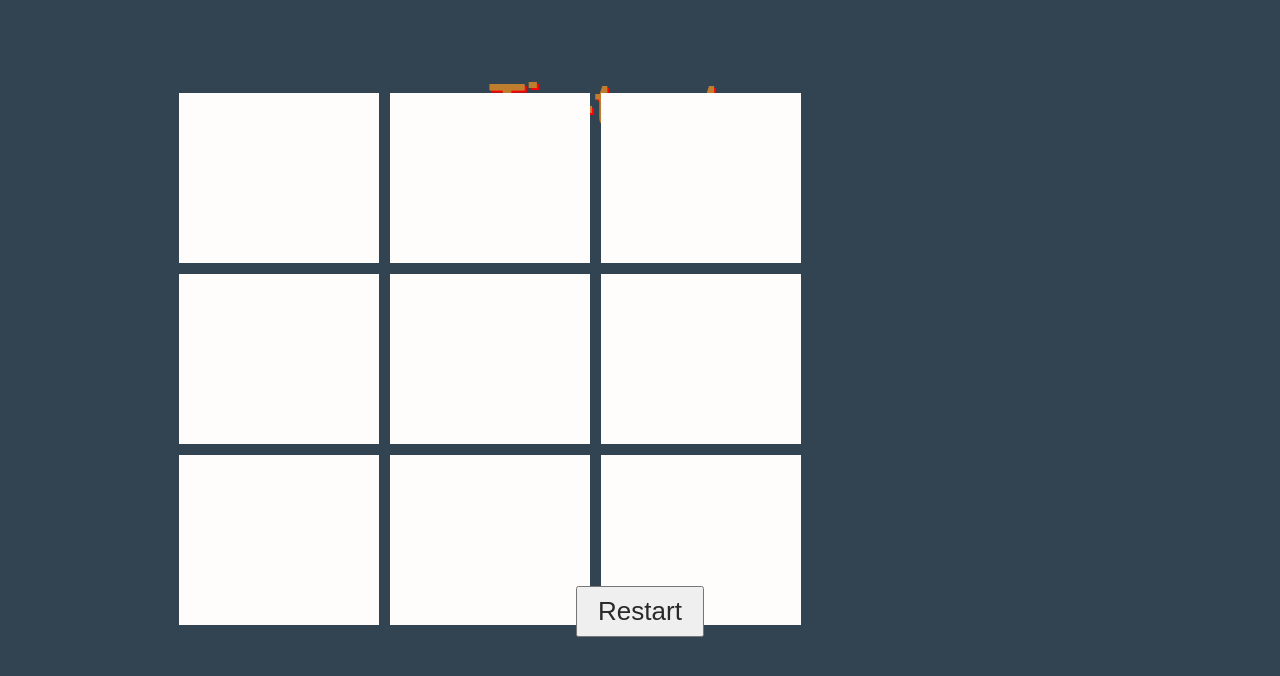
Repository: F0RDTOPG/Xand0
Page: base.html
An editor plug-in stored every save of this project. The page is shown before and after the next save, followed by the edit.
The browser window is 1280 px wide. The pictures show the whole page.
Some web fonts or font styles are not loaded; a fallback is used.

Above is the page before, as saved 2023-11-08 14:50:06.

After the next save:
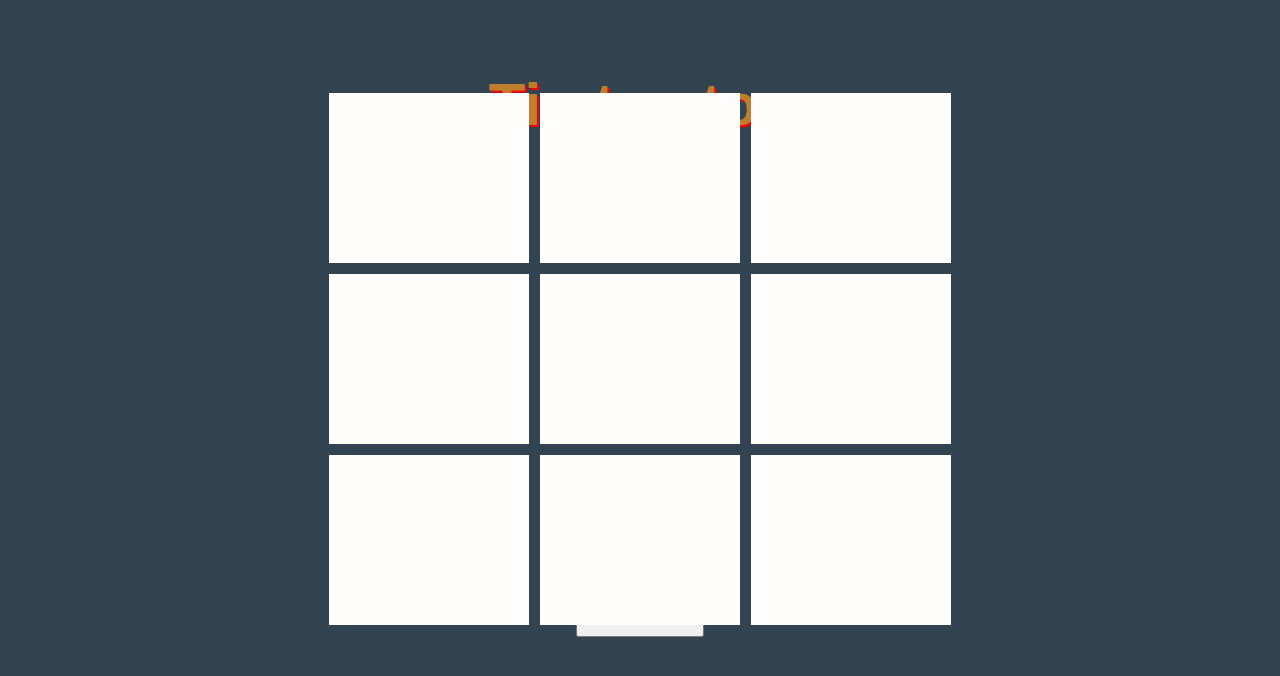
Saved 11 s later.
--- a/styles.css
+++ b/styles.css
@@ -53,10 +53,10 @@ footer{
   font-size: 26px;
   width: 10vw;
   height: 7vh;
-  position: absolute;
+
 }
 .winorlose{
   width: 300px;
   height: 400px;
-
+  position: absolute;
 }
